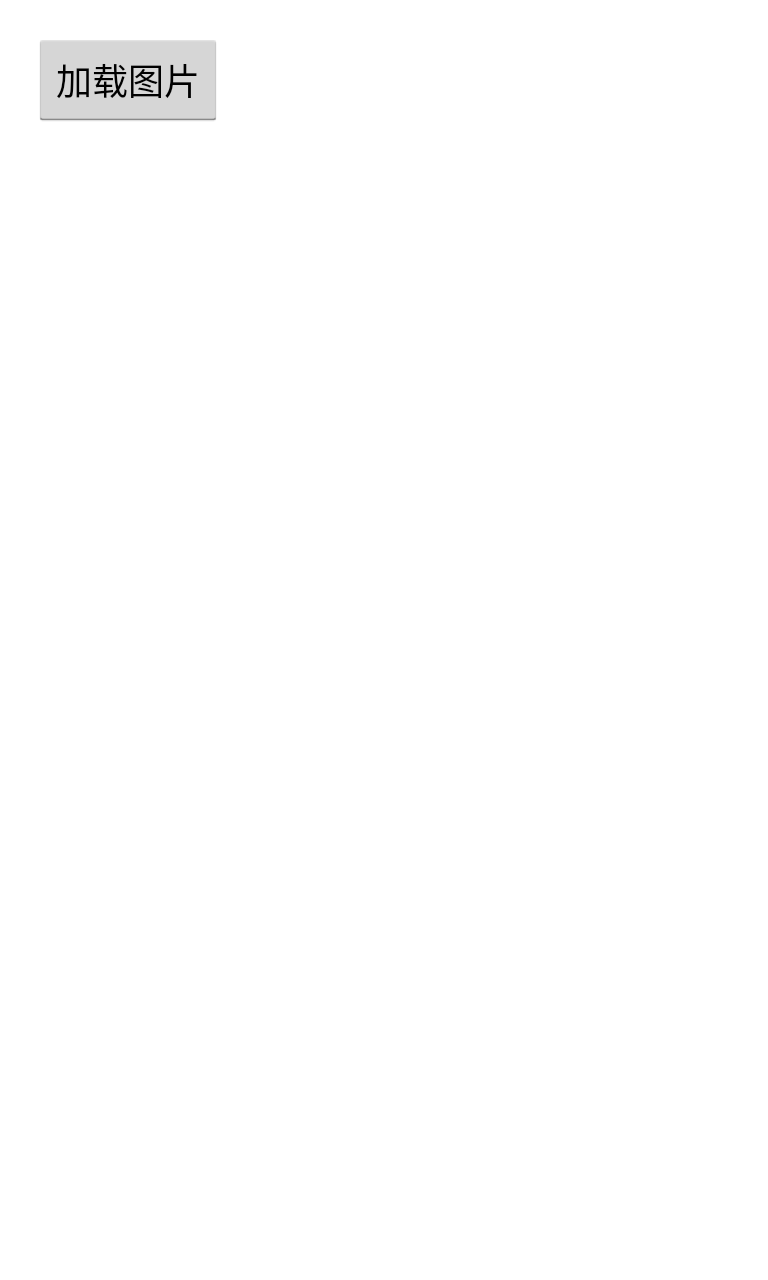
Repository: xfhy/Usually-learn-Android
Layout: 多媒体/1.加载大图片/res/layout/activity_main.xml
The author's editor kept a copy of each file at every save. The layout is drawn from the files as they stood at one save, then again after the next save.
It is drawn on a 768 x 1280 px phone screen (xhdpi) without system bars, with theme AppTheme; the app's code is not run.

Above is the layout before, as saved 2017-02-08 11:59:44.

### 多媒体/1.加载大图片/res/layout/activity_main.xml
<LinearLayout xmlns:android="http://schemas.android.com/apk/res/android"
    xmlns:tools="http://schemas.android.com/tools"
    android:layout_width="match_parent"
    android:layout_height="match_parent"
    android:paddingBottom="@dimen/activity_vertical_margin"
    android:paddingLeft="@dimen/activity_horizontal_margin"
    android:paddingRight="@dimen/activity_horizontal_margin"
    android:paddingTop="@dimen/activity_vertical_margin"
    android:orientation="vertical"
    tools:context="com.itheima.loadbigimg.MainActivity$PlaceholderFragment" >

    <Button
        android:id="@+id/bt_loadimg"
        android:layout_width="wrap_content"
        android:layout_height="wrap_content"
        android:text="加载图片" />

</LinearLayout>

Loaded but not shown: 多媒体/1.加载大图片/res/values/styles.xml (common file); 多媒体/1.加载大图片/res/values-v11/styles.xml (common file); 多媒体/1.加载大图片/res/values-v14/styles.xml (common file); 多媒体/1.加载大图片/res/values/dimens.xml (common file); 多媒体/1.加载大图片/res/values-w820dp/dimens.xml (common file)

After the next save:
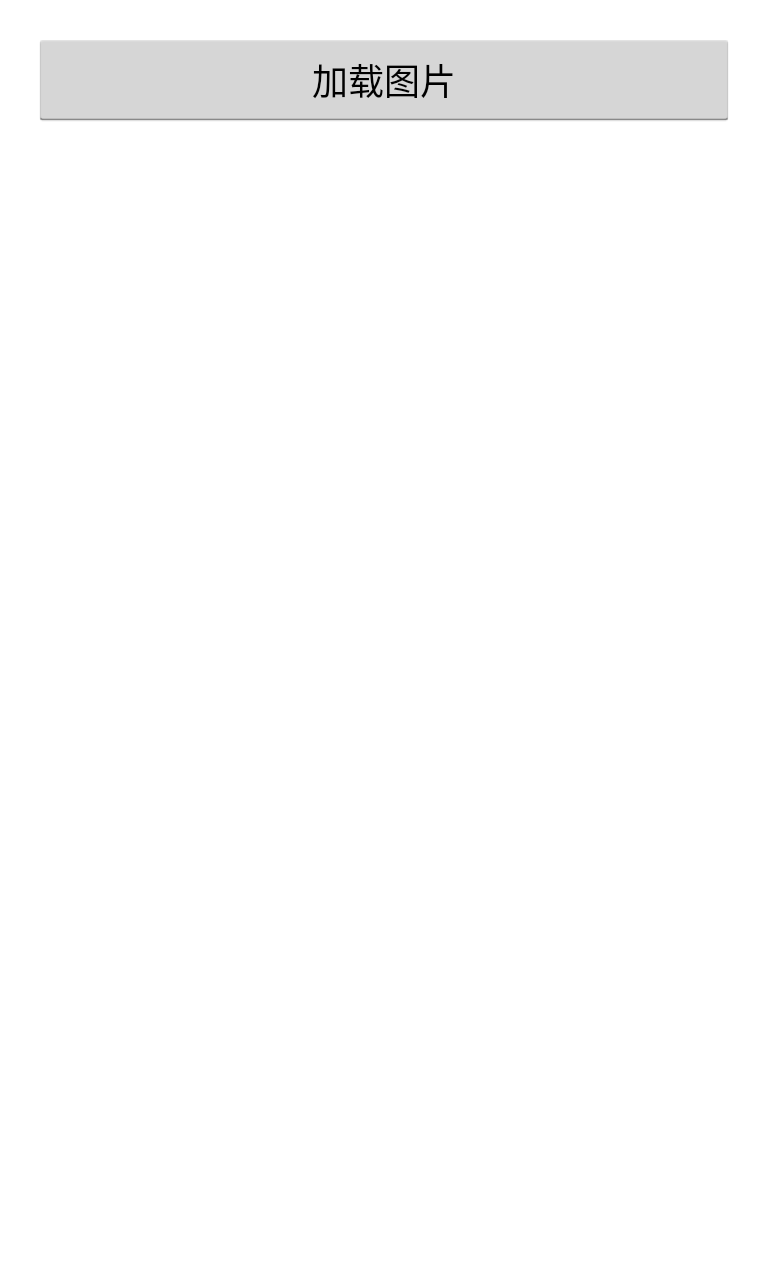
Saved 38 s later.
--- a/多媒体/1.加载大图片/res/layout/activity_main.xml
+++ b/多媒体/1.加载大图片/res/layout/activity_main.xml
@@ -11,8 +11,13 @@
 
     <Button
         android:id="@+id/bt_loadimg"
-        android:layout_width="wrap_content"
+        android:layout_width="match_parent"
         android:layout_height="wrap_content"
         android:text="加载图片" />
 
+    <ImageView
+        android:id="@+id/iv_img"
+        android:layout_width="match_parent"
+        android:layout_height="wrap_content" />
+
 </LinearLayout>
